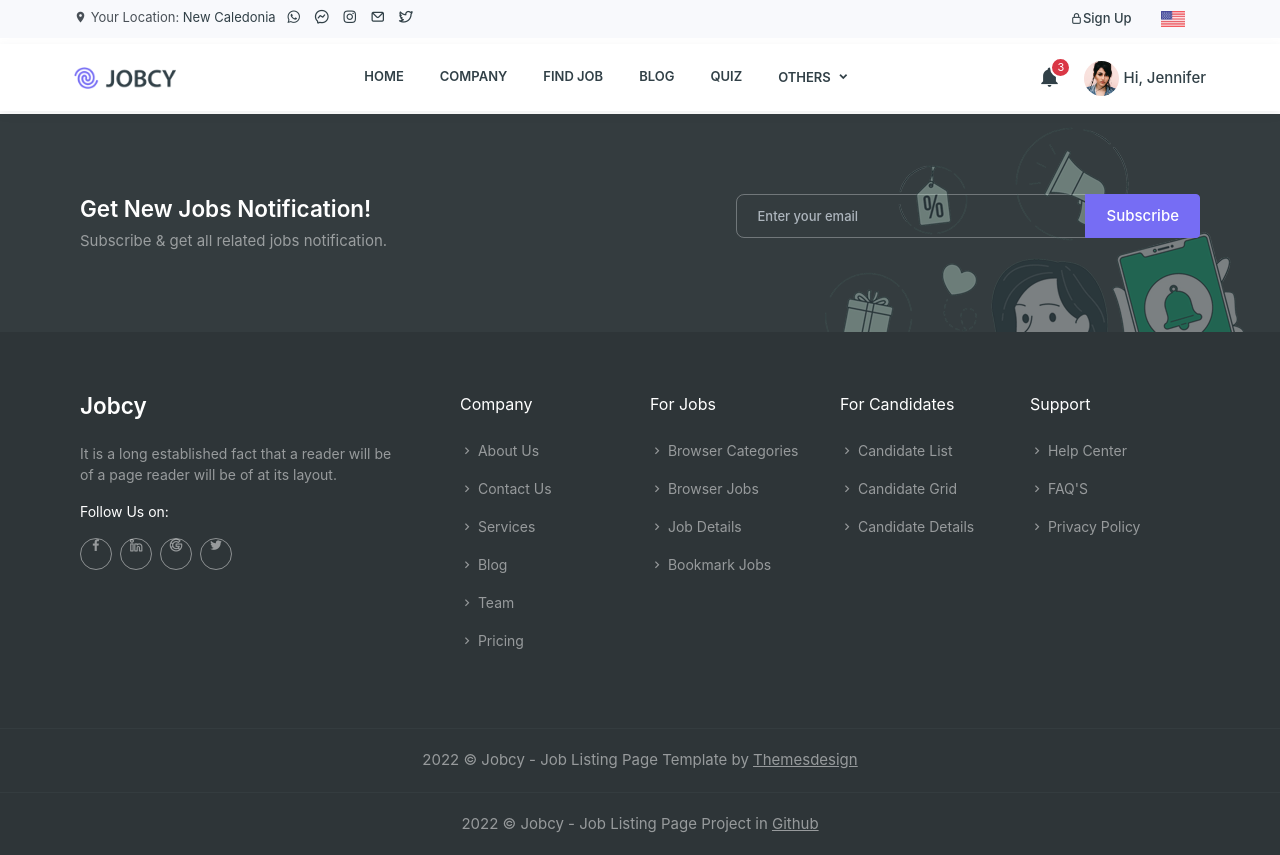
Repository: waflol/hrpm-frontend
Page: / (app in frontend/)
An editor plug-in stored every save of this project. The page is shown before and after the next save, followed by the edit.
The browser window is 1280 px wide. The pictures show the whole page.
The project was rebuilt for these pictures with package versions that can differ from the ones it lists, and the page was loaded fresh each time. Also part of the build but not shown: frontend/craco.config.js, frontend/src/shared/components/Navigations/LoginButton.jsx.

Above is the page before, as saved 2022-10-13 15:20:09.

After the next save:
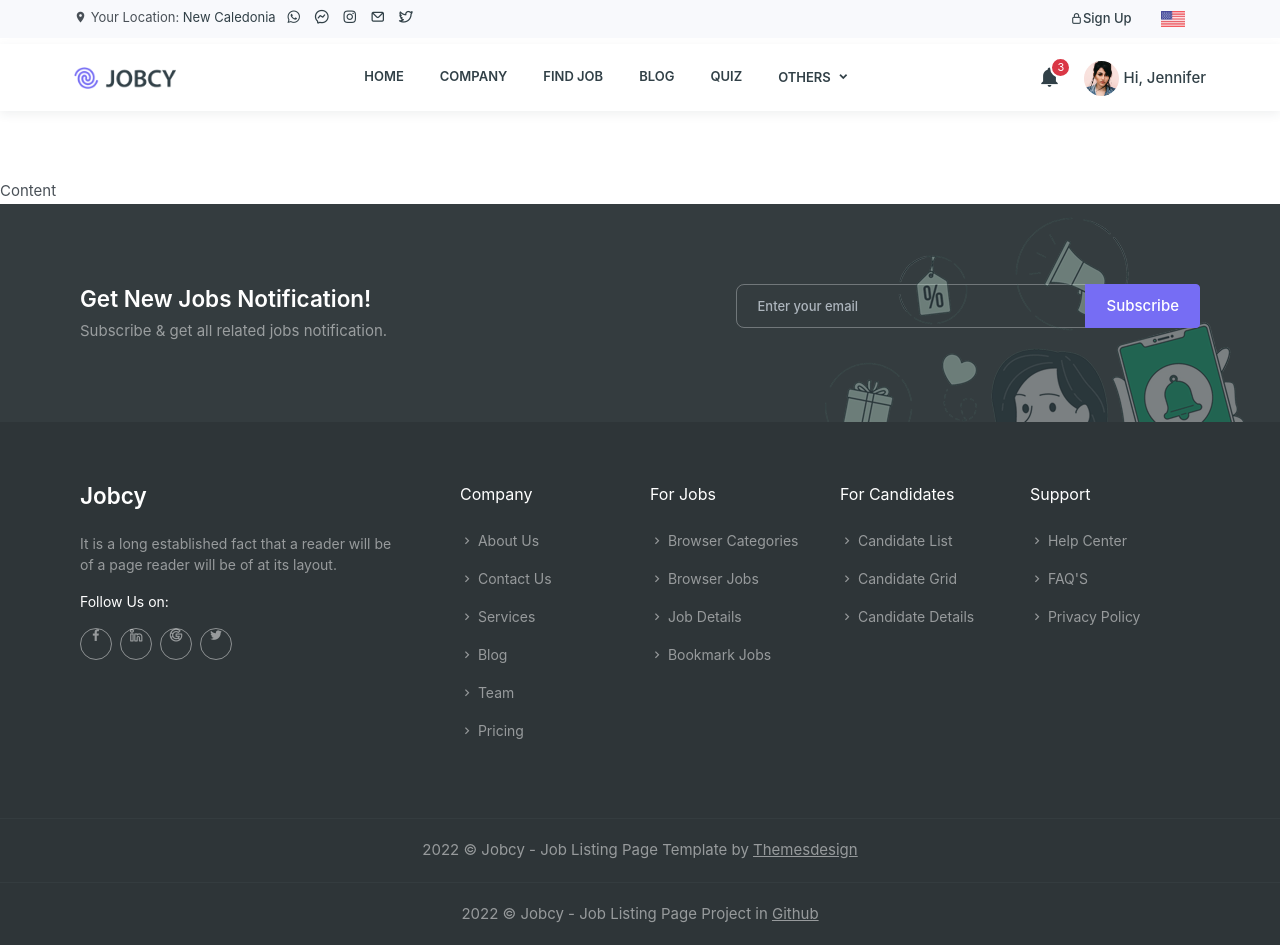
Saved 4 s later.
--- a/frontend/src/App.js
+++ b/frontend/src/App.js
@@ -20,6 +20,10 @@ function App() {
                   <br/>
                   <br/>
                   <br/>
+                  <br/>
+                  <br/>
+                  <br/>
+                  <br/>
                   <div>
                     Content
                   </div>
